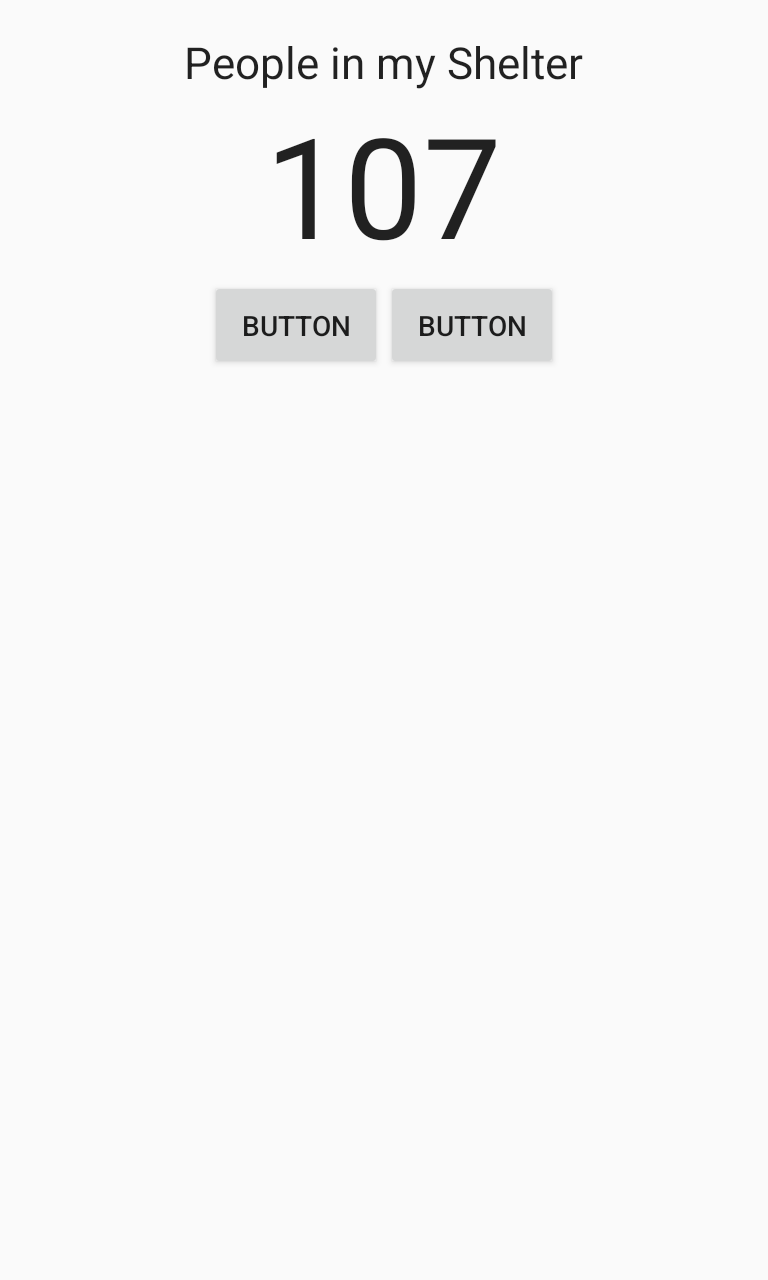
Repository: ckskylight/HackMIT-2014
Layout: HelpMe/res/layout/activity_shelter.xml
The author's editor kept a copy of each file at every save. The layout is drawn from the files as they stood at one save, then again after the next save.
It is drawn on a 768 x 1280 px phone screen (xhdpi) without system bars, with theme AppTheme; the app's code is not run.

Above is the layout before, as saved 2014-10-05 10:06:38.

### HelpMe/res/layout/activity_shelter.xml
<LinearLayout xmlns:android="http://schemas.android.com/apk/res/android"
    xmlns:tools="http://schemas.android.com/tools"
    android:id="@+id/LinearLayout1"
    android:layout_width="match_parent"
    android:layout_height="match_parent"
    android:orientation="vertical"
    android:paddingBottom="@dimen/activity_vertical_margin"
    android:paddingLeft="@dimen/activity_horizontal_margin"
    android:paddingRight="@dimen/activity_horizontal_margin"
    android:paddingTop="@dimen/activity_vertical_margin"
    android:gravity="center_horizontal"
    tools:context="com.example.helpme.ShelterActivity" >

    <TextView
        android:id="@+id/textView1"
        android:layout_width="wrap_content"
        android:layout_height="wrap_content"
        android:text="@string/people_in_shelter"
        android:textAppearance="?android:attr/textAppearanceLarge" />

    <TextView
        android:id="@+id/textView2"
        android:layout_width="wrap_content"
        android:layout_height="wrap_content"
        android:text="@string/num_people"
        android:textAppearance="?android:attr/textAppearanceLarge"
        android:textSize="70sp" />

    <LinearLayout
        android:orientation="horizontal"
        android:gravity="center_horizontal"
        android:layout_width="match_parent"
        android:layout_height="wrap_content" >

        <Button
            android:id="@+id/subtract"
            android:layout_width="wrap_content"
            android:layout_height="wrap_content"
            android:text="Button" />

        <Button
            android:id="@+id/add"
            android:layout_width="wrap_content"
            android:layout_height="wrap_content"
            android:text="Button" />

    </LinearLayout>

</LinearLayout>

### HelpMe/res/values/strings.xml
<?xml version="1.0" encoding="utf-8"?>
<resources>

    <string name="app_name">HelpMe</string>
    <string name="title_section1">Help Me</string>
    <string name="title_section2">Help Others</string>
    <string name="hello_world">Hello world!</string>
    <string name="action_settings">Settings</string>
    <string name="help_me">Help Me</string>
    <string name="phone_hint">Phone Number</string>
    <string name="name_hint">Name</string>
    <string name="description_hint">Description</string>
    <string name="help_others">Volunteer My Place</string>
    <string name="title_activity_shelter">ShelterActivity</string>
    <string name="people_in_shelter">People in my Shelter</string>
    <string name="num_people">107</string>
    <string name="add">+</string>
    <string name="subtract">-</string>

</resources>

Loaded but not shown: HelpMe/res/values/styles.xml (common file); HelpMe/res/values-v11/styles.xml (common file); HelpMe/res/values-v14/styles.xml (common file); HelpMe/res/values/dimens.xml (common file); HelpMe/res/values-w820dp/dimens.xml (common file)

After the next save:
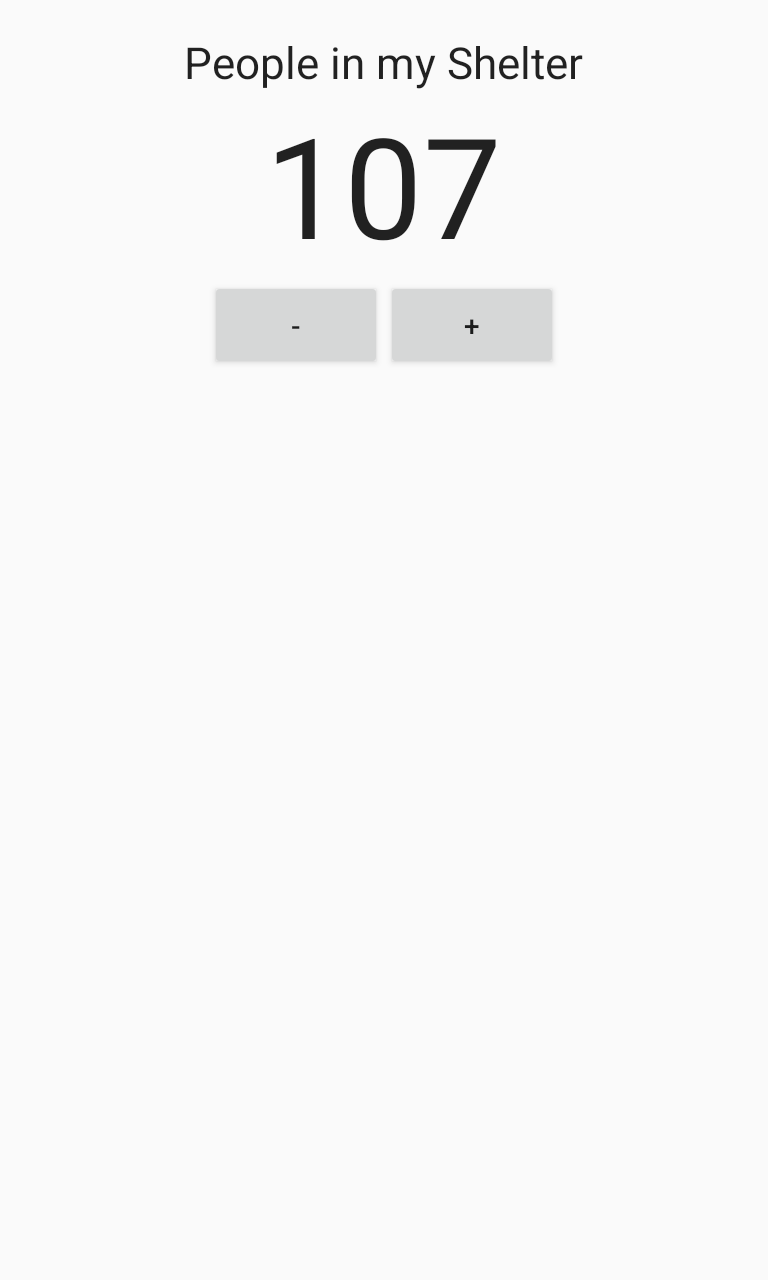
Saved 21 s later.
--- a/HelpMe/res/layout/activity_shelter.xml
+++ b/HelpMe/res/layout/activity_shelter.xml
@@ -36,13 +36,13 @@
             android:id="@+id/subtract"
             android:layout_width="wrap_content"
             android:layout_height="wrap_content"
-            android:text="Button" />
+            android:text="@string/subtract" />
 
         <Button
             android:id="@+id/add"
             android:layout_width="wrap_content"
             android:layout_height="wrap_content"
-            android:text="Button" />
+            android:text="@string/add" />
 
     </LinearLayout>
 
